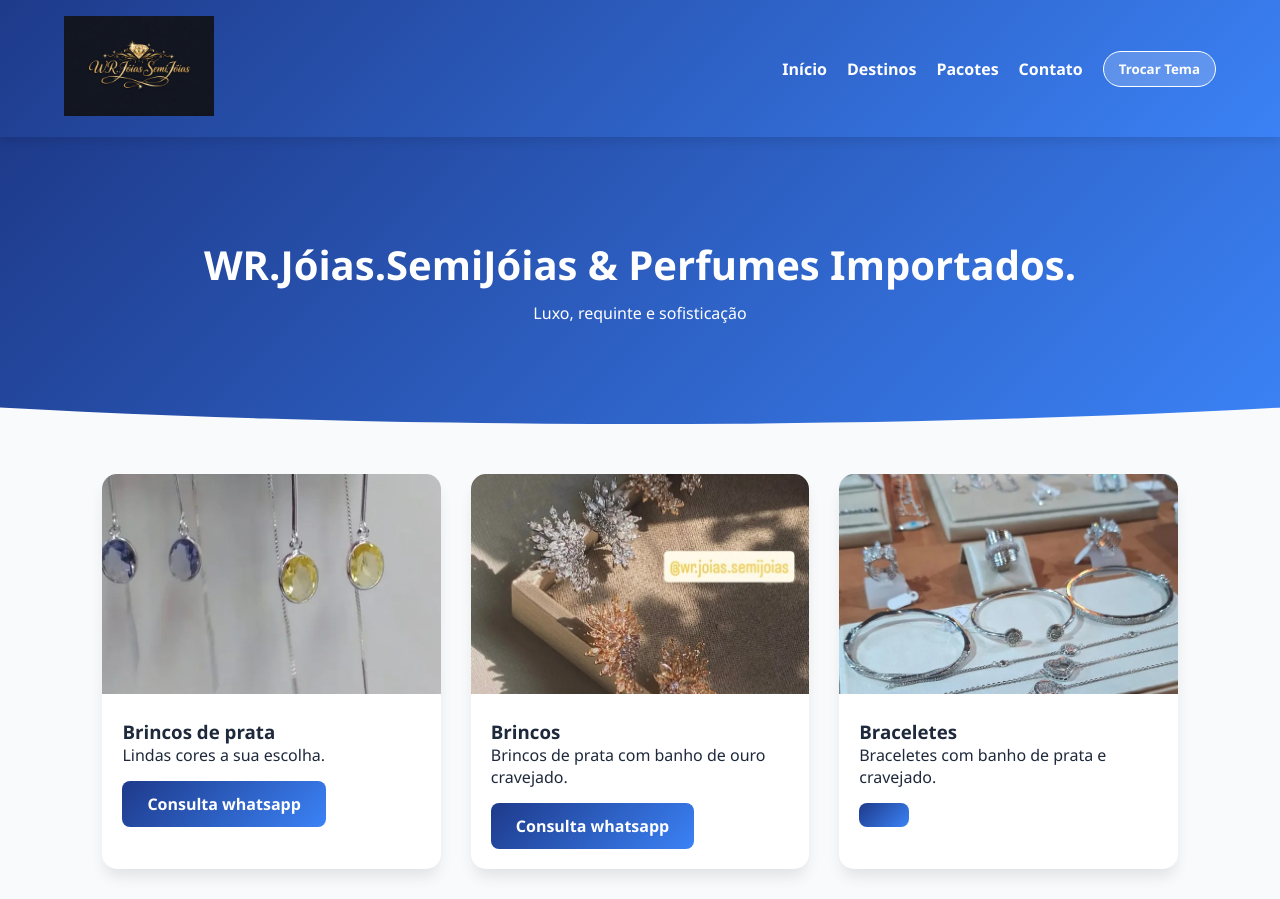
Repository: Sandro1969-tech/joias-perfumes
Page: index.html
The author's editor kept a copy of each file at every save. The page is drawn from the files as they stood at one save, then again after a run of saves.
The browser window is 1280 px wide. The pictures show the part of the page from y = 0 to 899 px (the page is 1593 px tall).
Pictures or frames that could not be fetched are drawn as grey boxes.

Above is the page before, as saved 2026-01-28 15:19:41.

After the next 5 saves:
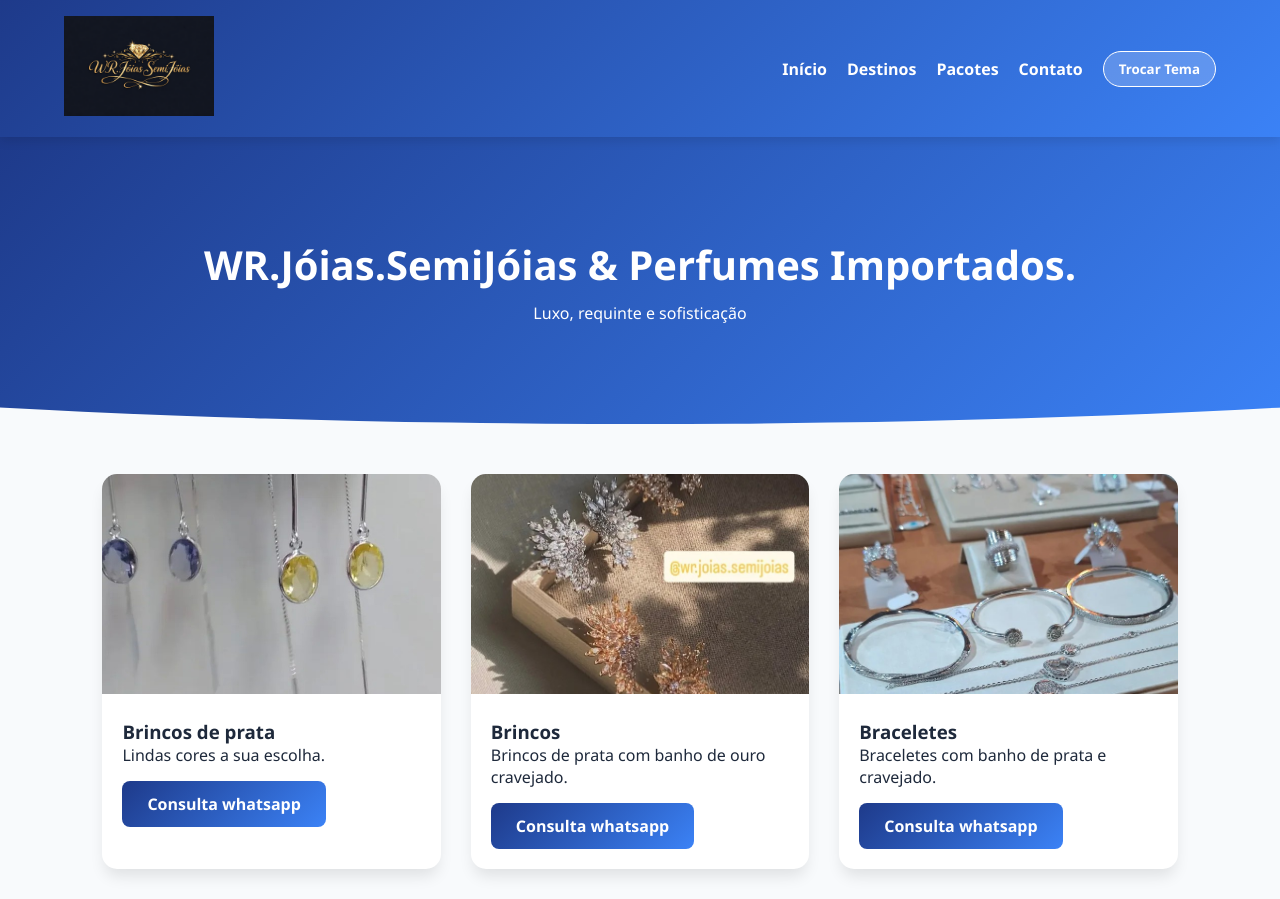
The 5 saves are shown as one change because they came seconds apart.
The last was saved 18 s later.
--- a/index.html
+++ b/index.html
@@ -197,7 +197,7 @@
             <div class="card-content">
                 <h3>Braceletes</h3>
                 <p>Braceletes com banho de prata e cravejado.</p>
-                <a href="#" class="btn-reserva"></a>
+                <a href="#" class="btn-reserva">Consulta whatsapp</a>
             </div>
         </div>
         <div class="card">
